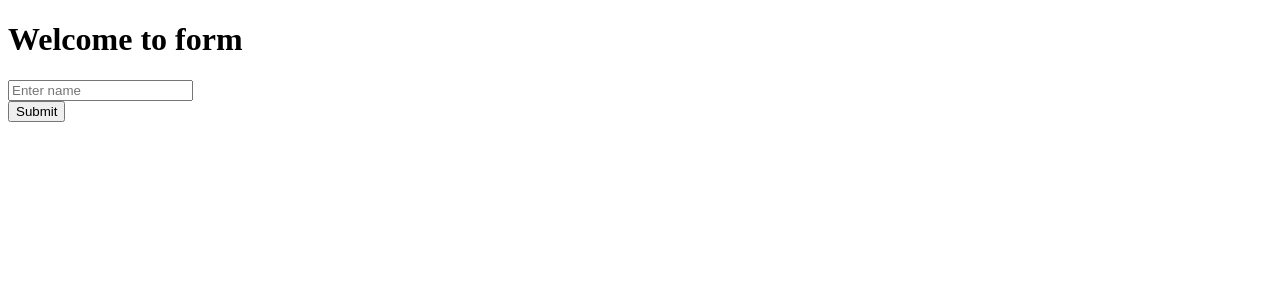
Repository: Senyadt2/Projects-On-Java
Page: RequestDispatcher/src/main/webapp/index.html
These files come from the project's save history. The page is drawn as it stood at one moment and after a run of saves; the edit follows.
The browser window is 1280 px wide. The pictures show the whole page.

Above is the page before, as saved 2024-03-24 07:14:58.

### RequestDispatcher/src/main/webapp/index.html
<!DOCTYPE html>
<html>
<head>
<meta charset="ISO-8859-1">
<title>Insert title here</title>
</head>
<body>
	<h1>Welcome to form</h1>
	<form action="MyServlet" method="get">
		<input type="text" name="search" placeholder="Enter name"><br>
		<button type="submit" value="login">Submit</button>
	</form>

</body>
</html>

After the next 3 saves:
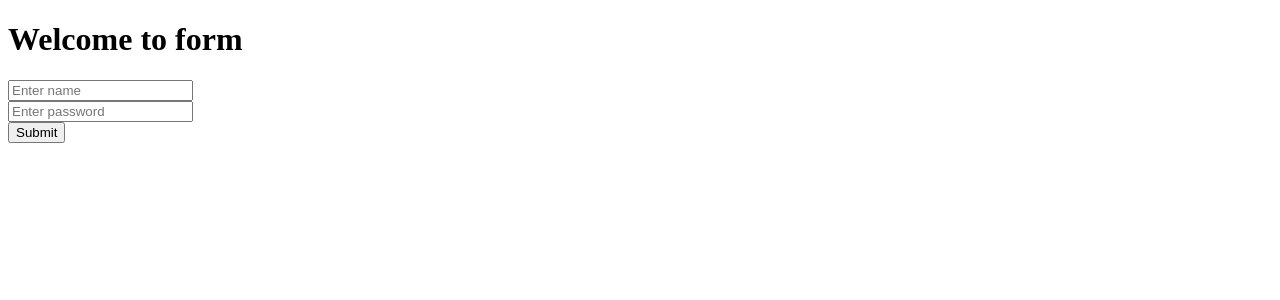
The 3 saves are shown as one change because they came seconds apart.
The last was saved 19 s later.
--- a/RequestDispatcher/src/main/webapp/index.html
+++ b/RequestDispatcher/src/main/webapp/index.html
@@ -7,7 +7,8 @@
 <body>
 	<h1>Welcome to form</h1>
 	<form action="MyServlet" method="get">
-		<input type="text" name="search" placeholder="Enter name"><br>
+		<input type="text" name="name" placeholder="Enter name"><br>
+		<input type="password" name="password" placeholder="Enter password"><br>
 		<button type="submit" value="login">Submit</button>
 	</form>
 
